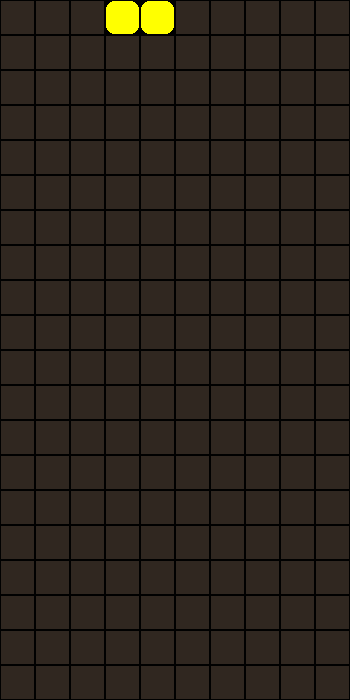
Repository: lucacdev/Tetris
Script's output: python assets/main.py
These files come from the project's save history. The script's output is drawn as it stood at one moment and after the next save; the edit follows.
The window is shown after at most 60 frames with no key pressed. Random numbers start from a fixed seed. It also reads assets/sprites/b.png, assets/sprites/c.png, assets/sprites/g.png, assets/sprites/o.png, assets/sprites/p.png, assets/sprites/r.png, assets/sprites/y.png.

Above is the script's output before, as saved 2024-03-01 16:45:53.

### assets/main.py
from settings import *
from tetris import Tetris
import sys
import pathlib

class App:
    def __init__(self):
        pg.init()
        pg.display.set_caption('Tetris')
        self.screen = pg.display.set_mode(FIELD_RES)
        self.clock = pg.time.Clock()
        self.set_timer()
        self.images = self.load_images()
        self.tetris = Tetris(self)

    def load_images(self):
        files = [item for item in pathlib.Path(SPRITE_DIR_PATH).rglob('*.png') if item.is_file()]
        images = [pg.image.load(file).convert_alpha() for file in files]
        images = [pg.transform.scale(image, (TILE_SIZE, TILE_SIZE)) for image in images]
        return images

    def set_timer(self):
        self.user_event = pg.USEREVENT
        self.fast_user_event = pg.USEREVENT + 1
        self.anim_trigger = False
        self.fast_anim_trigger = False
        pg.time.set_timer(self.user_event, ANIM_TIME_INTERVAL)
        pg.time.set_timer(self.fast_user_event, FAST_ANIM_TIME_INTERVAL)

    def update(self):
        self.tetris.update()
        self.clock.tick(FPS)

    def draw(self):
        self.screen.fill(color=FIELD_COLOUR)
        self.tetris.draw()
        pg.display.flip()

    def check_events(self):
        self.anim_trigger = False
        self.fast_anim_trigger = False
        for event in pg.event.get():
            if event.type == pg.QUIT or (event.type == pg.KEYDOWN and event.key == pg.K_ESCAPE):
                pg.quit()
                sys.exit()
            elif event.type == pg.KEYDOWN:
                self.tetris.control(pressed_key=event.key)
            elif event.type == self.user_event:
                self.anim_trigger = True
            elif event.type == self.fast_user_event:
                self.fast_anim_trigger = True

    def run(self):
        while True:
            self.check_events()
            self.update()
            self.draw()

if __name__ == '__main__':
    app = App()
    app.run()

### assets/settings.py
import pygame as pg

vec = pg.math.Vector2

FPS = 60
FIELD_COLOUR = (48, 39, 32)

SPRITE_DIR_PATH = 'assets/sprites'

ANIM_TIME_INTERVAL = 150 # ms
FAST_ANIM_TIME_INTERVAL = 15 # ms

TILE_SIZE = 35
FIELD_SIZE = FIELD_W, FIELD_H = 10, 20
FIELD_RES = FIELD_W * TILE_SIZE, FIELD_H * TILE_SIZE

INIT_POS_OFFSET = vec(FIELD_W // 2 - 1, 0)
MOVE_DIRECTIONS = {'left': vec(-1, 0), 'right': vec(1, 0), 'down': vec(0, 1)}

TETROMINOES = {
    'O' : [(0, 0), (0, -1), (1, 0), (1, -1)],
    'I' : [(0, 0), (0, 1), (0, -1), (0, -2)],
    'S' : [(0, 0), (-1, 0), (0, -1), (1, -1)],
    'Z' : [(0, 0), (1, 0), (0, -1), (-1, -1)],
    'L' : [(0, 0), (1, 0), (0, -1), (0, -2)],
    'J' : [(0, 0), (-1, 0), (0, -1), (0, -2)],
    'T' : [(0, 0), (-1, 0), (1, 0), (0, -1)]
}

TETROMINOES_COLOURS = {
    'O' : (255, 255, 0),
    'I' : (255, 255, 0),
    'S' : (255, 255, 0),
    'Z' : (255, 255, 0),
    'L' : (255, 255, 0),
    'J' : (255, 255, 0),
    'T' : (255, 255, 0)
}

### assets/tetris.py
from settings import *
import math
from tetromino import Tetromino

class Tetris:
    def __init__(self, app):
        self.app = app
        self.sprite_group = pg.sprite.Group()
        self.field_array = self.get_field_array()
        self.tetromino = Tetromino(self)
        self.speed_up = False

    def check_full_lines(self):
        row = FIELD_H - 1
        for y in range(FIELD_H - 1, -1, -1):
            for x in range(FIELD_W):
                self.field_array[row][x] = self.field_array[y][x]

                if self.field_array[y][x]:
                    self.field_array[row][x].pos = vec(x, y)

            if sum(map(bool, self.field_array[y])) < FIELD_W:
                row -= 1
            else:
                for x in range(FIELD_W):
                    self.field_array[row][x].alive = False
                    self.field_array[row][x] = 0

    def put_blocks_in_array(self):
        for block in self.tetromino.blocks:
            x, y = int(block.pos.x), int(block.pos.y)
            self.field_array[y][x] = block

    def get_field_array(self):
        return [[0 for x in range(FIELD_W)] for y in range(FIELD_H)]

    def check_landing(self):
        if self.tetromino.landing:
            self.speed_up = False
            self.put_blocks_in_array()
            self.tetromino = Tetromino(self)

    def control(self, pressed_key):
        if pressed_key == pg.K_LEFT:
            self.tetromino.move(direction='left')
        elif pressed_key == pg.K_RIGHT:
            self.tetromino.move(direction='right')
        elif pressed_key == pg.K_UP:
            self.tetromino.rotate()
        elif pressed_key == pg.K_DOWN:
            self.speed_up = True

    def draw_grid(self):
        for x in range (FIELD_W):
            for y in range (FIELD_H):
                pg.draw.rect(self.app.screen, 'black',
                             (x * TILE_SIZE, y * TILE_SIZE, TILE_SIZE, TILE_SIZE), 1)

    def update(self):
        trigger = [self.app.anim_trigger, self.app.fast_anim_trigger][self.speed_up]
        if trigger:
            self.check_full_lines()
            self.tetromino.update()
            self.check_landing()
        self.sprite_group.update()

    def draw(self):
        self.draw_grid()
        self.sprite_group.draw(self.app.screen)

### assets/tetromino.py
from settings import *
import random

class Block(pg.sprite.Sprite):
    def __init__(self, tetromino, pos):
        self.tetromino = tetromino
        self.pos = vec(pos) + INIT_POS_OFFSET
        self.alive = True

        super().__init__(tetromino.tetris.sprite_group)
        # self.image = tetromino.image
        self.image = pg.Surface([TILE_SIZE, TILE_SIZE])
        pg.draw.rect(self.image, tetromino.image, (1, 1, TILE_SIZE - 2, TILE_SIZE - 2), border_radius = 8)
        self.rect = self.image.get_rect()

    def is_alive(self):
        if not self.alive:
            self.kill()

    def rotate(self, pivot_pos):
        translated = self.pos - pivot_pos
        rotated = translated.rotate(90)
        return rotated + pivot_pos

    def set_rect_pos(self):
        self.rect.topleft = self.pos * TILE_SIZE

    def update(self):
        self.is_alive()
        self.set_rect_pos()

    def is_collide(self, pos):
        x, y = int(pos.x), int(pos.y)
        if 0 <= x < FIELD_W and y < FIELD_H and (y < 0 or not self.tetromino.tetris.field_array[y][x]):
            return False
        return True

class Tetromino:
    def __init__(self, tetris):
        self.tetris = tetris
        self.shape = random.choice(list(TETROMINOES.keys()))
        # self.image = random.choice(tetris.app.images)
        self.image = TETROMINOES_COLOURS[self.shape]
        self.blocks = [Block(self, pos) for pos in TETROMINOES[self.shape]]
        self.landing = False

    def rotate(self):
        pivot_pos = self.blocks[0].pos
        new_block_positions = [block.rotate(pivot_pos) for block in self.blocks]

        if not self.is_collide(new_block_positions):
            for i, block in enumerate(self.blocks):
                block.pos = new_block_positions[i]

    def is_collide(self, block_positions):
        return any(map(Block.is_collide, self.blocks, block_positions))

    def move(self, direction):
        move_direction = MOVE_DIRECTIONS[direction]
        new_block_positions = [block.pos + move_direction for block in self.blocks]
        is_collide = self.is_collide(new_block_positions)

        if not is_collide:
            for block in self.blocks:
                block.pos += move_direction
        elif direction == 'down':
            self.landing = True

    def update(self):
        self.move(direction='down')

After the next save:
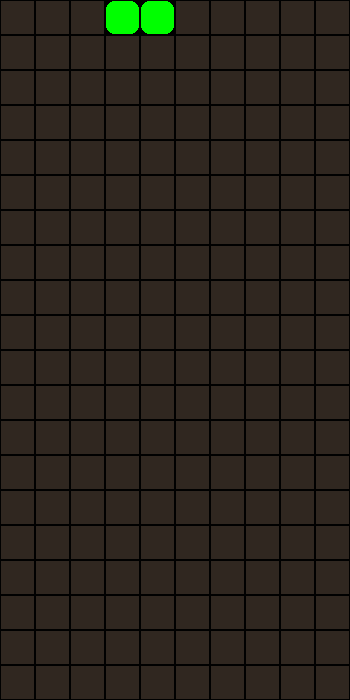
Saved 2 min 23 s later.
--- a/assets/settings.py
+++ b/assets/settings.py
@@ -29,10 +29,10 @@
 
 TETROMINOES_COLOURS = {
     'O' : (255, 255, 0),
-    'I' : (255, 255, 0),
-    'S' : (255, 255, 0),
-    'Z' : (255, 255, 0),
-    'L' : (255, 255, 0),
-    'J' : (255, 255, 0),
-    'T' : (255, 255, 0)
+    'I' : (0, 255, 255),
+    'S' : (0, 255, 0),
+    'Z' : (255, 0, 255),
+    'L' : (255, 165, 0),
+    'J' : (0, 0, 255),
+    'T' : (255, 0, 0)
 }
